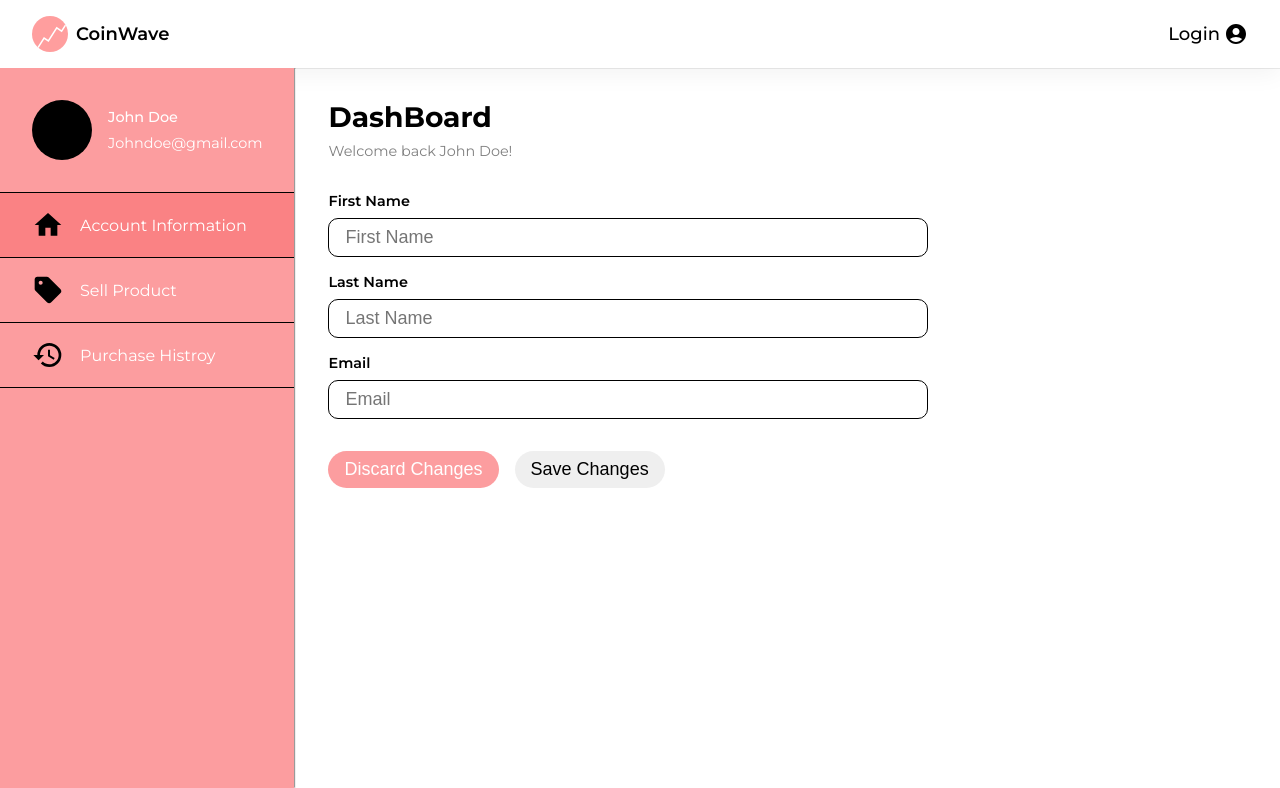
Repository: David-Waite/CoinWave
Page: /account
These files come from the project's save history. The page is drawn as it stood at one moment and after the next save; the edit follows.
The browser window is 1280 px wide. The pictures show the whole page.
The project was rebuilt for these pictures with package versions that can differ from the ones it lists, and the page was loaded fresh each time. The framework's server and built-in components were replaced by stand-ins that run in the browser. Also part of the build but not shown: next.config.js, app/components/account/SellProduct/SellProduct.js, app/components/account/PurchaseHistory/PurchaseHistory.js.

Above is the page before, as saved 2023-08-16 11:21:47.

After the next save:
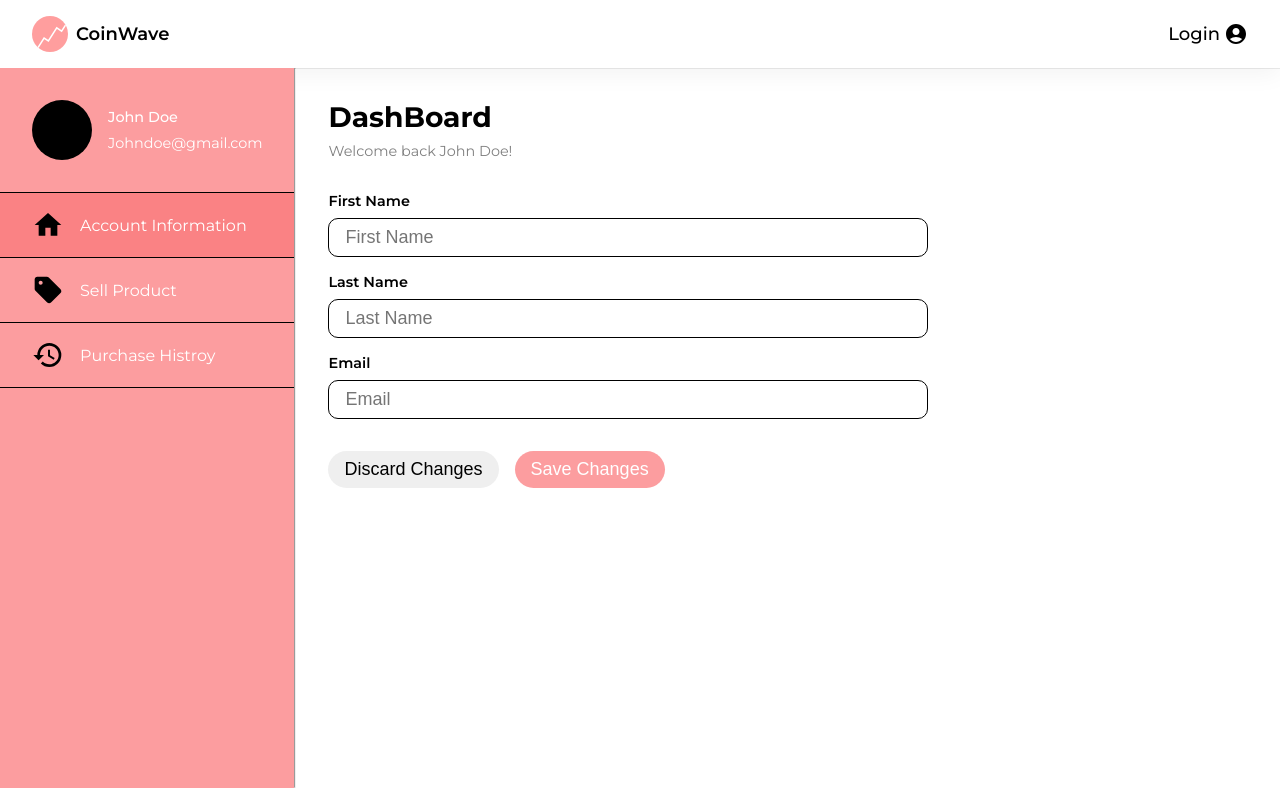
Saved 18 s later.
--- a/app/components/account/AccountInfomation/accountInformation.module.css
+++ b/app/components/account/AccountInfomation/accountInformation.module.css
@@ -56,7 +56,10 @@
 }
 
 .discardChanges {
+  color: black;
+}
+
+.saveChanges {
   background-color: var(--primary);
-
   color: white;
 }
